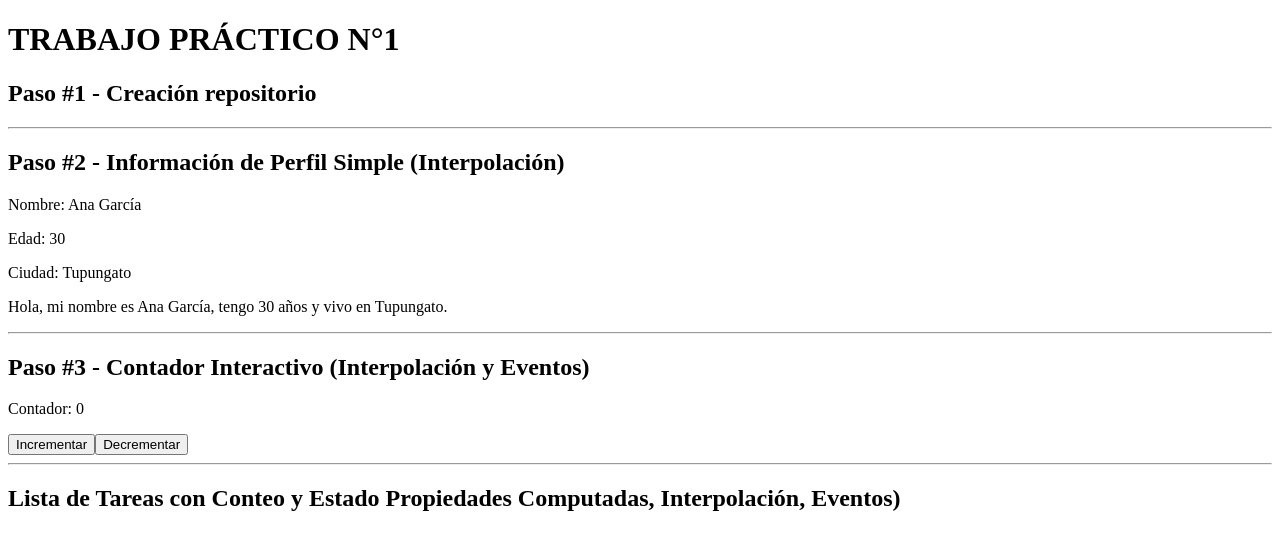
Repository: SofiaSferco/PWA
Page: practico01/index.html
An editor plug-in stored every save of this project. The page is shown before and after a run of saves, followed by the edit.
The browser window is 1280 px wide. The pictures show the whole page.

Above is the page before, as saved 2025-10-02 22:31:47.

### practico01/index.html
<!DOCTYPE html>
<html lang="en">
<head>
    <meta charset="UTF-8">
    <title>Trabajo Práctico 1</title>
    <script src="https://unpkg.com/vue@3/dist/vue.global.js"></script>
</head>
<body>
    <div id="app">
        <h1>TRABAJO PRÁCTICO N°1</h1>
        <h2>Paso #1 - Creación repositorio</h2>
        <hr>
        <h2>{{ segundopaso }}</h2>
            <p>Nombre: {{ nombre }}</p>
            <p>Edad: {{ edad }}</p>
            <p>Ciudad: {{ ciudad }}</p>
            <p>Hola, mi nombre es {{ nombre }}, tengo {{ edad }} años y vivo en {{ ciudad }}.</p>
        <hr>
        <h2>{{ tercerpaso }}</h2>
            <p>Contador: {{ contador }}</p>
            <button v-on:click="contador++">Incrementar</button>
            <button @click="contador--">Decrementar</button>
        <hr>
        <h2>{{cuartopaso}}</h2>



    </div>
    <script>
        const { createApp } = Vue;
        createApp({
            data() {
                return {
                    segundopaso: 'Paso #2 - Información de Perfil Simple (Interpolación)',
                    nombre: 'Ana García',
                    edad: 30,
                    ciudad: 'Tupungato',
                    tercerpaso: 'Paso #3 - Contador Interactivo (Interpolación y Eventos)',
                    contador: 0,
                    cuartopaso: 'Lista de Tareas con Conteo y Estado Propiedades Computadas, Interpolación, Eventos)',

                }
            }
        }).mount('#app');
    </script>
</body>
</html>

After the next 5 saves:
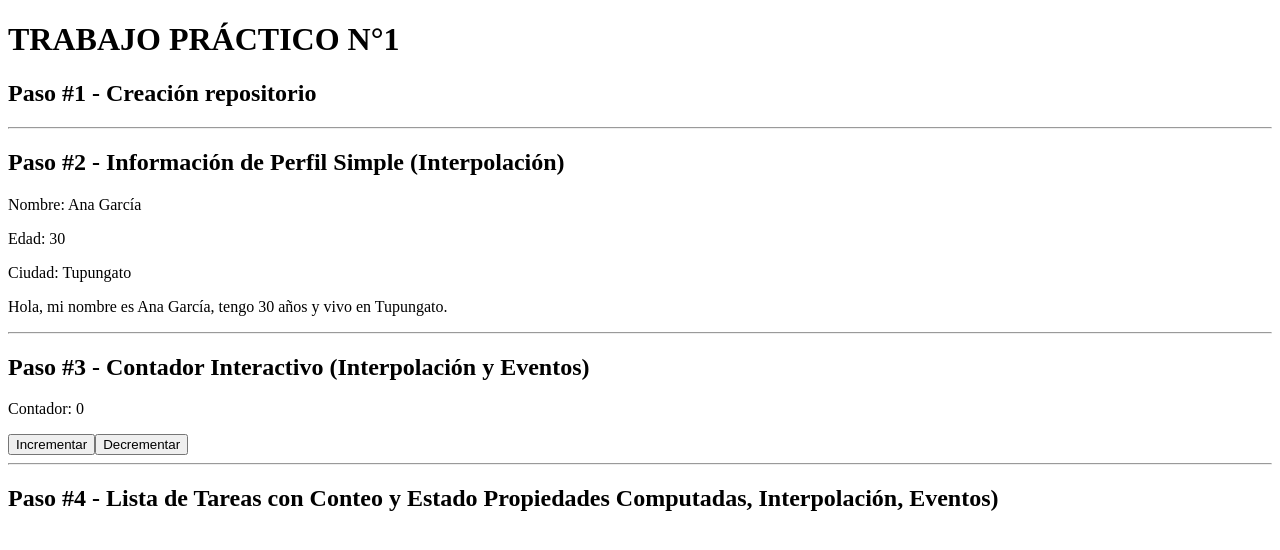
The 5 saves are shown as one change because they came seconds apart.
The last was saved 45 s later.
--- a/practico01/index.html
+++ b/practico01/index.html
@@ -37,7 +37,7 @@
                     ciudad: 'Tupungato',
                     tercerpaso: 'Paso #3 - Contador Interactivo (Interpolación y Eventos)',
                     contador: 0,
-                    cuartopaso: 'Lista de Tareas con Conteo y Estado Propiedades Computadas, Interpolación, Eventos)',
+                    cuartopaso: 'Paso #4 - Lista de Tareas con Conteo y Estado Propiedades Computadas, Interpolación, Eventos)',
 
                 }
             }
